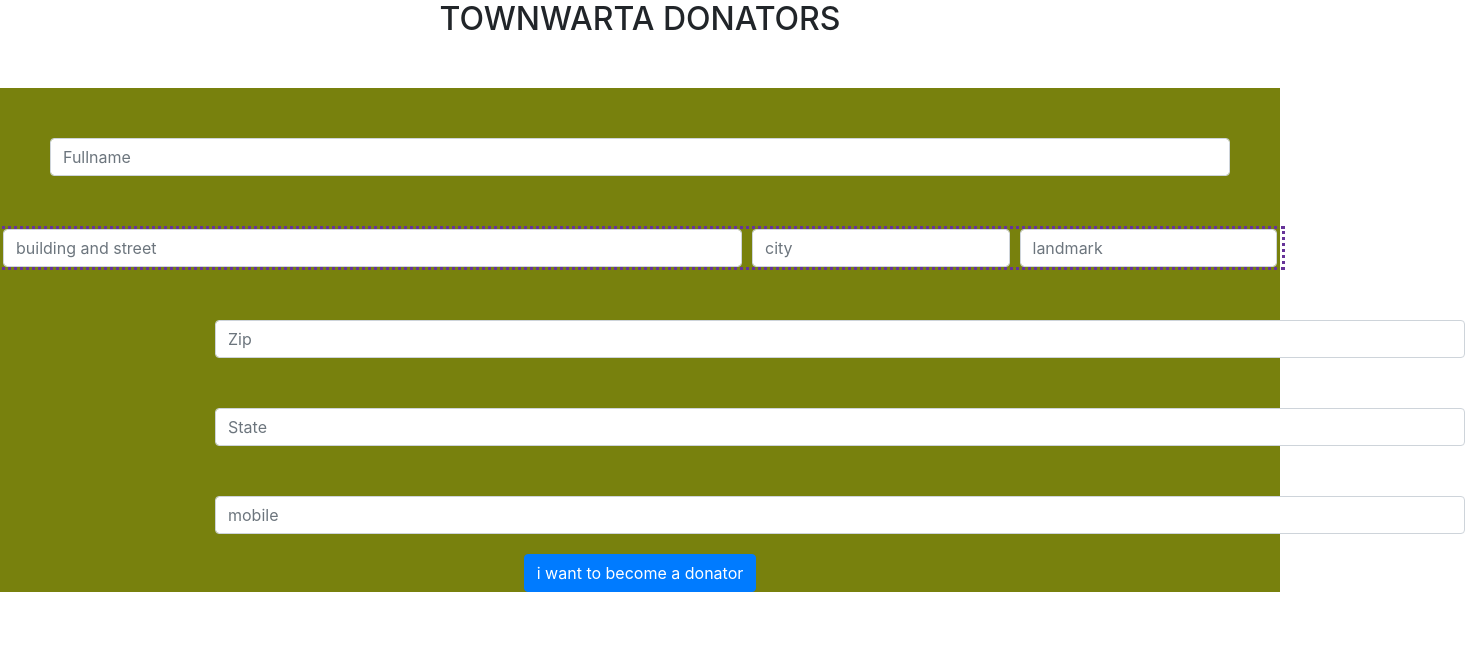
Repository: shivanand1988-28-06/townwarta
Page: http://localhost/donator/donator
The author's editor kept a copy of each file at every save. The page is drawn from the files as they stood at one save, then again after the next save.
The browser window is 1280 px wide. The page is 1480 px wide, so the pictures cover 1480 px, including what lies to the right of the window. The pictures show the whole page.
The page is served by the project's Node server (Townwarta.js). Other server files are loaded and not shown.

Above is the page before, as saved 2022-08-30 23:04:42.

### views/articles/donator.ejs

<!DOCTYPE html>
<html lang="en">
<head>
  <meta charset="UTF-8">
  <meta name="viewport" content="width=device-width, initial-scale=1.0">
  <link rel="stylesheet" href="https://maxcdn.bootstrapcdn.com/bootstrap/4.0.0/css/bootstrap.min.css" integrity="sha384-Gn5384xqQ1aoWXA+058RXPxPg6fy4IWvTNh0E263XmFcJlSAwiGgFAW/dAiS6JXm" crossorigin="anonymous">
  <meta http-equiv="X-UA-Compatible" content="ie=edge">
  <title>TOWNWARTA</title>
</head>
<body>
    <h2 style = "text-align : center ">TOWNWARTA DONATORS</h2>
    <form style = "background-color: rgb(120, 129, 13);" >
        <div class="col" style = "margin-top: 50px ; padding:50px ">
            <input type="text" name = "name" id = "name"class="form-control" placeholder="Fullname">
          </div>
        <div class="form-row" style = "border: 3px rebeccapurple dotted;">

          <div class="col-7">
            <input type="text"name = "street" class="form-control" placeholder="building and street">
          </div>
          <div class="col">
            <input type="text" name = "city" class="form-control" placeholder="city">
          </div>
          <div class="col">
            <input type="text" name = "landmark"class="form-control" placeholder="landmark">
          </div>

        </div>
        <div class="col" style = "margin : 50px 200px">
            <input type="number" name = "zip" class="form-control" placeholder="Zip">
          </div>

        <div class="col" style = "margin : 50px 200px">
            <input type="text" name = "state" class="form-control" placeholder="State">
          </div>
          <div class="col" style = "margin : 10px 200px ">
            <input type="number" name = "mobile" class="form-control" placeholder="mobile">
          </div>
        <div style = "text-align: center; margin-top: 20px;">
            <button type="submit" class="btn btn-primary">i want to become a donator</button>
        </div>
      </form>
</body>

### Townwarta.js

require("dotenv").config();
const express = require("express");
const mongoose = require("mongoose");
const articleRouter = require("./routes/articles");
const userRouter = require("./routes/user");
const connectDB = require("./db/connect");
const app = express();
const Article= require("./models/article");
const methodOverride = require("method-override")
const port = process.env.PORT || 3000
const path = require("path");
const donatorRouter = require("./routes/donator")

app.set("views" , path.join(__dirname , "views"))
app.set("view engine", "ejs");
// app.use(express.json());
 app.use(express.urlencoded({extended:false}));
app.use(express.static(path.join(__dirname, "public")));
app.use(methodOverride("_method"));

  app.get("/", async (req,res)=>{
    const articles = await Article.find();
    res.render("articles/index" , {articles:articles});
  });

  app.use("/" , userRouter);

app.use("/articles" , articleRouter );

app.use("/donator" , donatorRouter)
console.log(Article)


const start = async () =>{

try{

    await connectDB( process.env.MONGO_URI );
    app.listen(port,()=>{ console.log(`app is running over port ${port}`)});

}catch(error) {

    console.log(error);

}

}

start();

### routes/donator.js
const express = require("express");
const donatorRouter = express.Router();
const Donator = require("../models/donator");



donatorRouter.post("/donator", async(req,res) => {
    let {name , createdAt , address} = req.body ;
    let donator = await Donator.create({name : name , createdAt : createdAt , address : address});

} );

donatorRouter.get("/donator" , (req,res)=>{
    res.render("articles/donator");
})

module.exports = donatorRouter

After the next save:
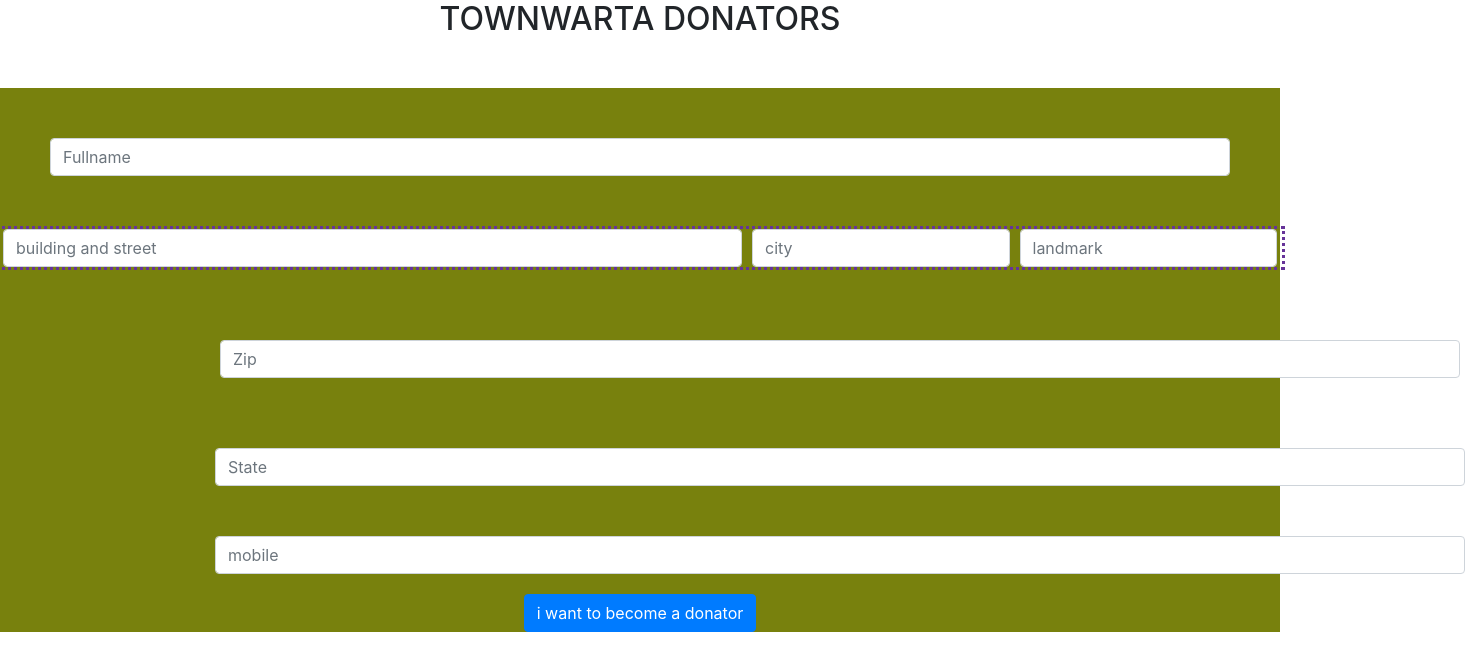
Saved 71 s later.
--- a/views/articles/donator.ejs
+++ b/views/articles/donator.ejs
@@ -27,7 +27,7 @@
           </div>
 
         </div>
-        <div class="col" style = "margin : 50px 200px">
+        <div class="col" style = "margin : 50px 200px ; padding : 20px">
             <input type="number" name = "zip" class="form-control" placeholder="Zip">
           </div>
 

After the save that followed:
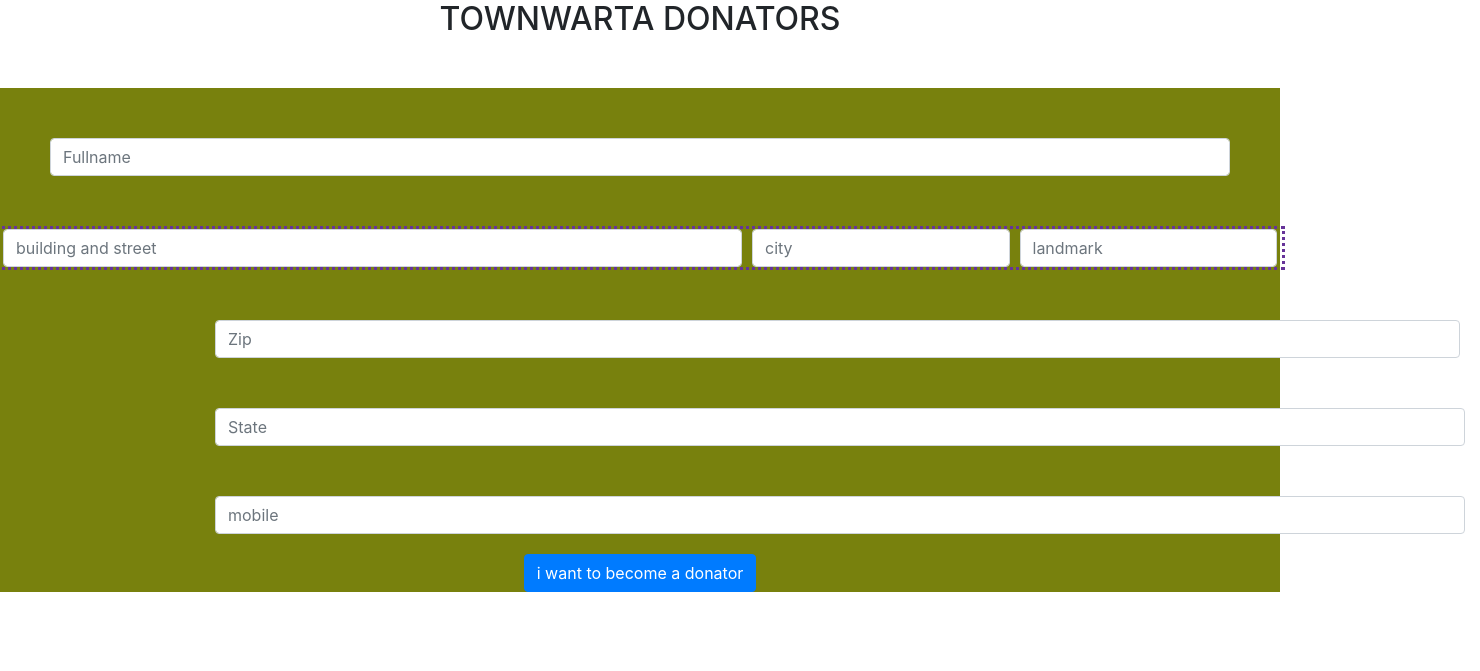
Saved 22 s later.
--- a/views/articles/donator.ejs
+++ b/views/articles/donator.ejs
@@ -27,7 +27,7 @@
           </div>
 
         </div>
-        <div class="col" style = "margin : 50px 200px ; padding : 20px">
+        <div class="col" style = "margin : 50px 200px ; padding-right:20px">
             <input type="number" name = "zip" class="form-control" placeholder="Zip">
           </div>
 
